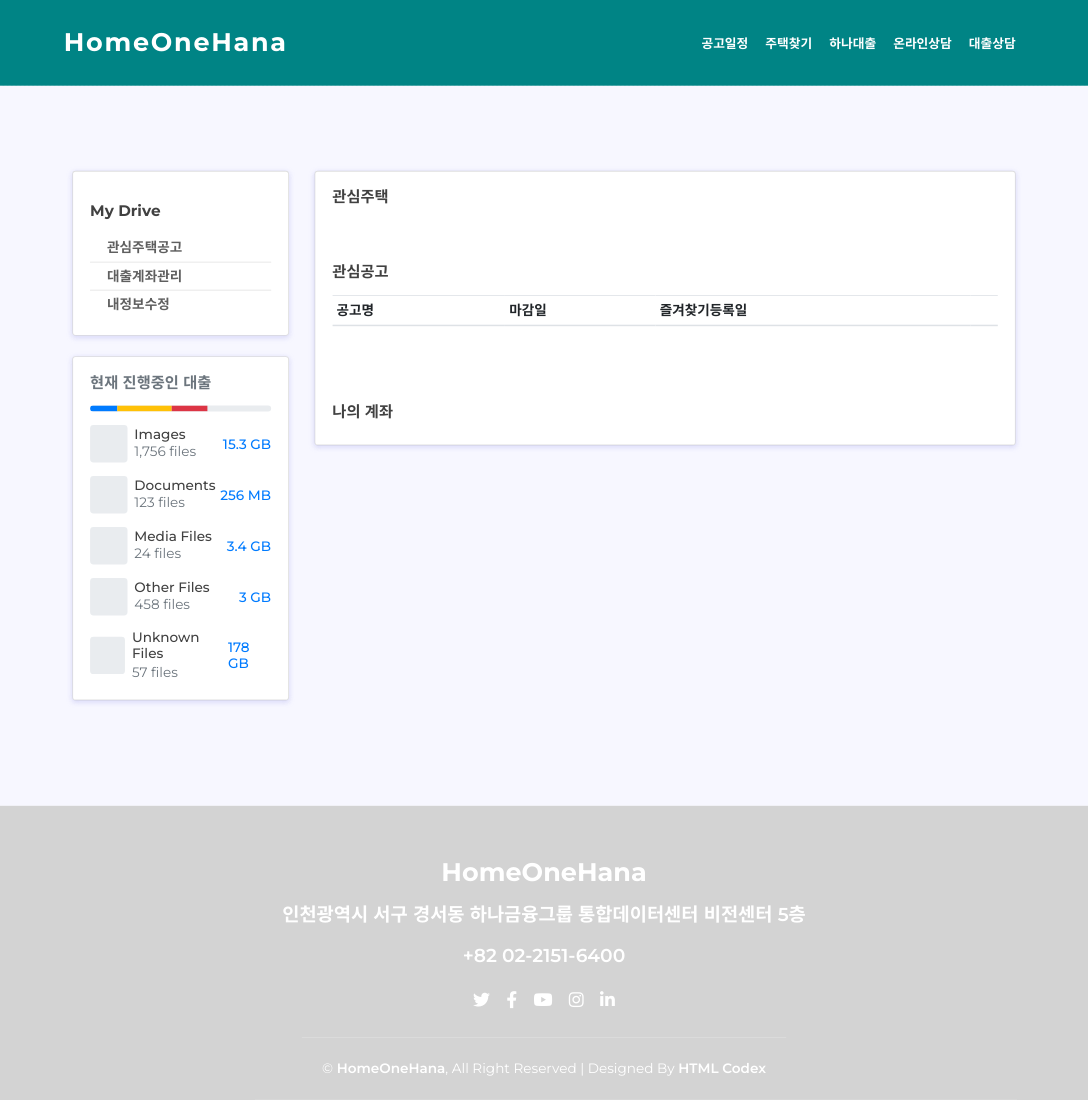
Repository: koposoftware/2021_10_syyoon
Page: http://localhost/HomeOneHana/WEB-INF/jsp/mypage/mypage.jsp
An editor plug-in stored every save of this project. The page is shown before and after the next save, followed by the edit.
The browser window is 1280 px wide. The pictures show the whole page, at 85% of full size.
Some icons come from a web library that is not loaded, so they are not drawn. Some web libraries are served in a nearby version. The page is served by Tomcat 9. Nobody is signed in. The template is opened directly, without the code that normally fills it, so the values that code supplies are empty.

Above is the page before, as saved 2021-09-20 14:35:50.

After the next save:
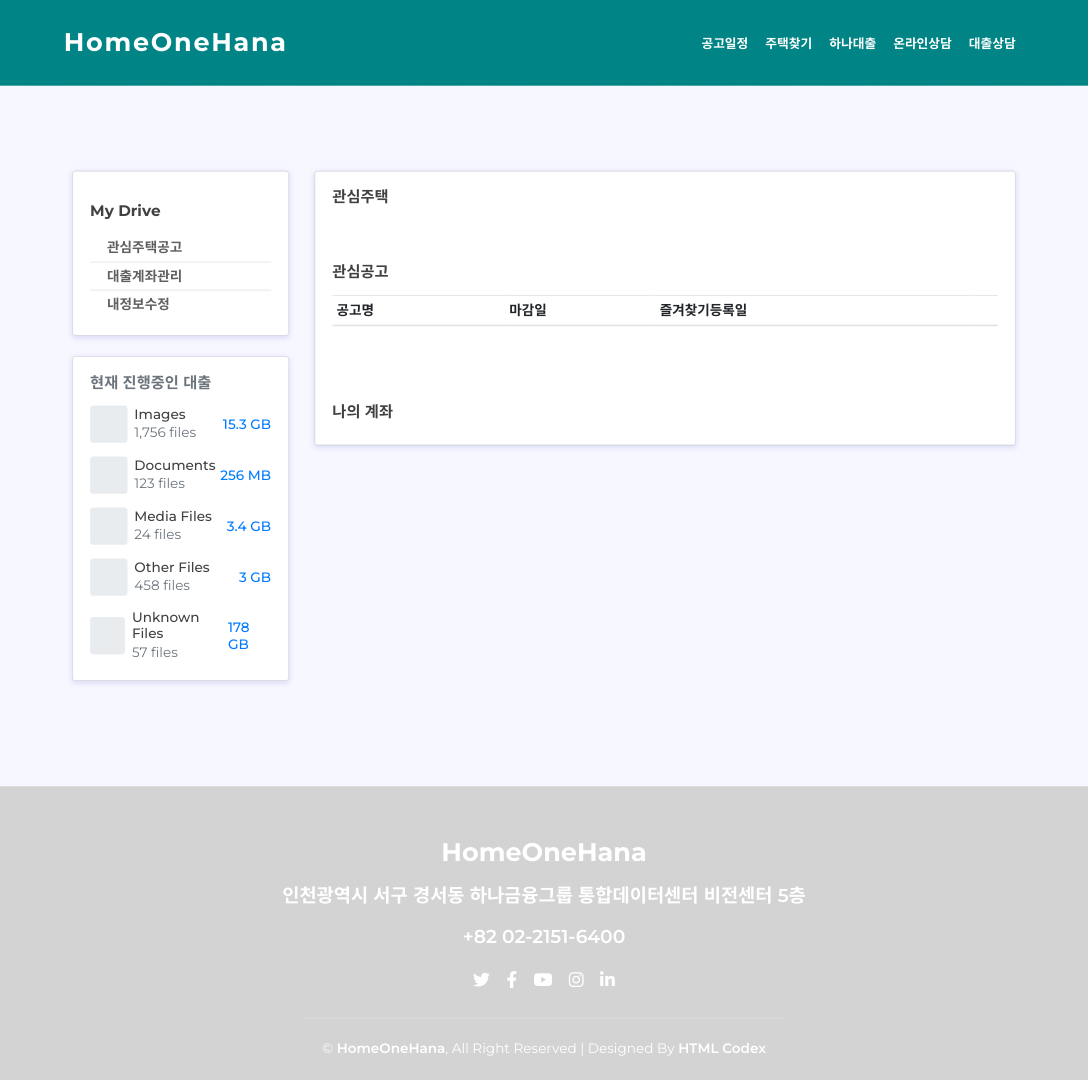
Saved 39 s later.
--- a/project/Spring-mvc/HomeOneHana/src/main/webapp/WEB-INF/jsp/mypage/mypage.jsp
+++ b/project/Spring-mvc/HomeOneHana/src/main/webapp/WEB-INF/jsp/mypage/mypage.jsp
@@ -46,11 +46,6 @@
 						<div class="card-body">
 							<h5 class="mb-0 text-primary font-weight-bold"><span class="float-end text-secondary">현재 진행중인 대출</span></h5>
 
-							<div class="progress mt-3" style="height:7px;">
-								<div class="progress-bar" role="progressbar" style="width: 15%" aria-valuenow="15" aria-valuemin="0" aria-valuemax="100"></div>
-								<div class="progress-bar bg-warning" role="progressbar" style="width: 30%" aria-valuenow="30" aria-valuemin="0" aria-valuemax="100"></div>
-								<div class="progress-bar bg-danger" role="progressbar" style="width: 20%" aria-valuenow="20" aria-valuemin="0" aria-valuemax="100"></div>
-							</div>
 							<div class="mt-3"></div>
 							<div class="d-flex align-items-center">
 								<div class="fm-file-box bg-light-primary text-primary"><i class="bx bx-image"></i>
